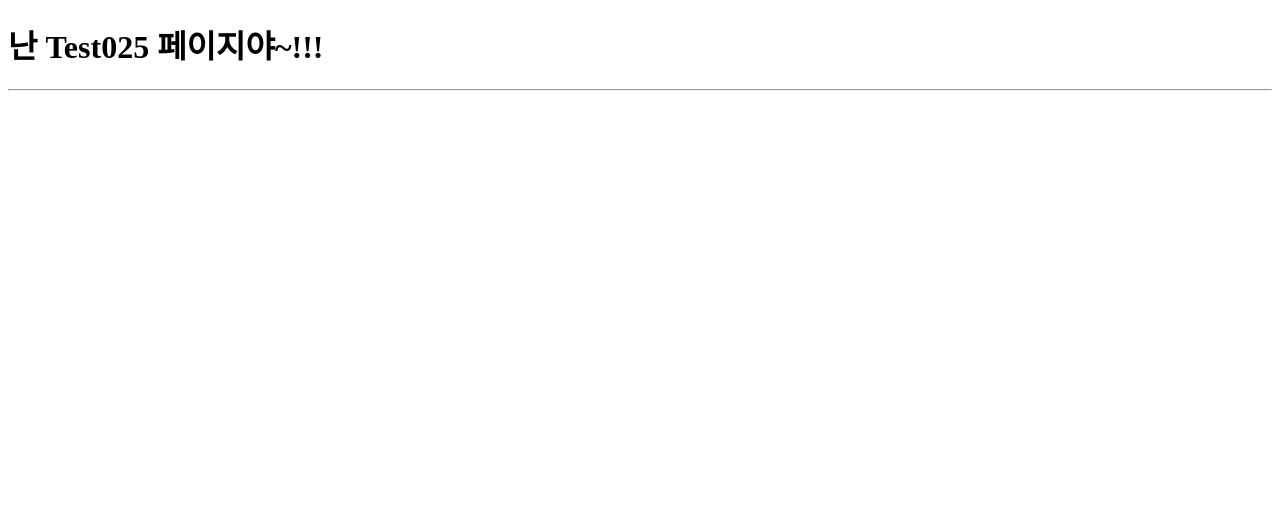
Repository: jp0301/WebStudy
Page: WebApp01/WebContent/Test025.html
These files come from the project's save history. The page is drawn as it stood at one moment and after the next save; the edit follows.
The browser window is 1280 px wide. The pictures show the whole page.

Above is the page before, as saved 2022-09-27 07:27:48.

### WebApp01/WebContent/Test025.html
<!DOCTYPE html>
<html>
<head>
<meta charset="UTF-8">
<title>Test025.html</title>
</head>
<body>

	<div>
		<h1>난 Test025 페이지야~!!!</h1>
		<hr>
	</div>



</body>
</html>

After the next save:
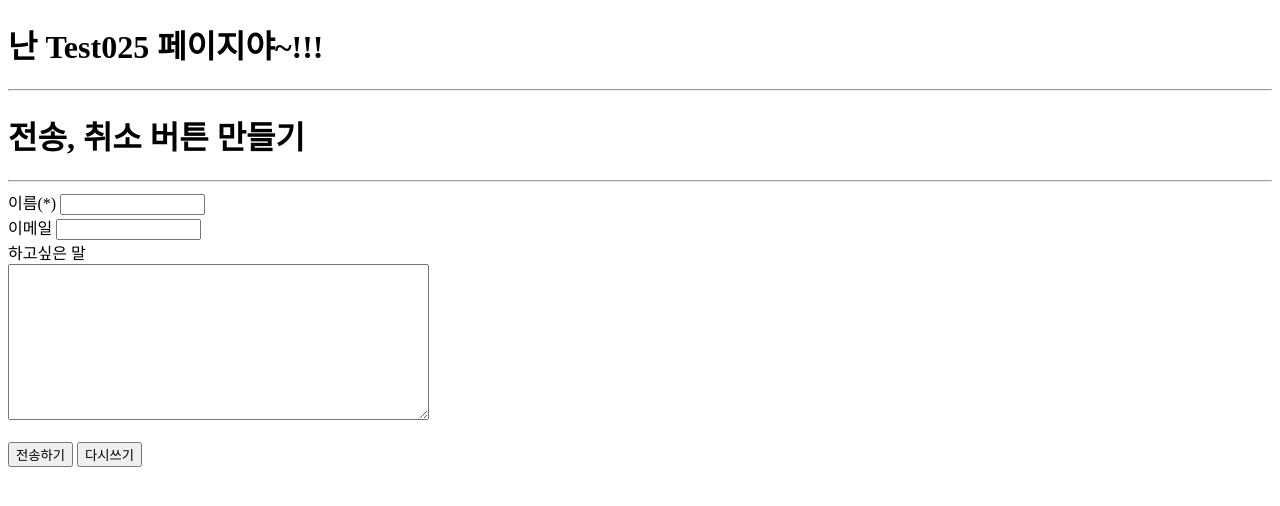
Saved 2 s later.
--- a/WebApp01/WebContent/Test025.html
+++ b/WebApp01/WebContent/Test025.html
@@ -11,7 +11,28 @@
 		<hr>
 	</div>
 
+	<div>
+		<h1>전송, 취소 버튼 만들기</h1>
+		<hr>
+	</div>
 
+	<div>
+		<!--  데이터 전송 및 페이지 요청 → submit 액션 -->
+		<!-- <form action="Test025.html"> -->
+		<form action="">
+			이름(*) <input type="text" name="name" size="15" maxlength="8"><br>
+			이메일 <input type="text" name="email" size="15" maxlength="20"><br>
+
+			하고싶은 말<br>
+			<textarea rows="10" cols="50" name="comment"></textarea>
+			<br><br>
+
+			<input type="submit" value="전송하기" name="submitBtn">
+			<input type="reset" value="다시쓰기" name="resetBtn">
+
+		</form>
+	</div>
+	<br><br>
 
 </body>
 </html>
